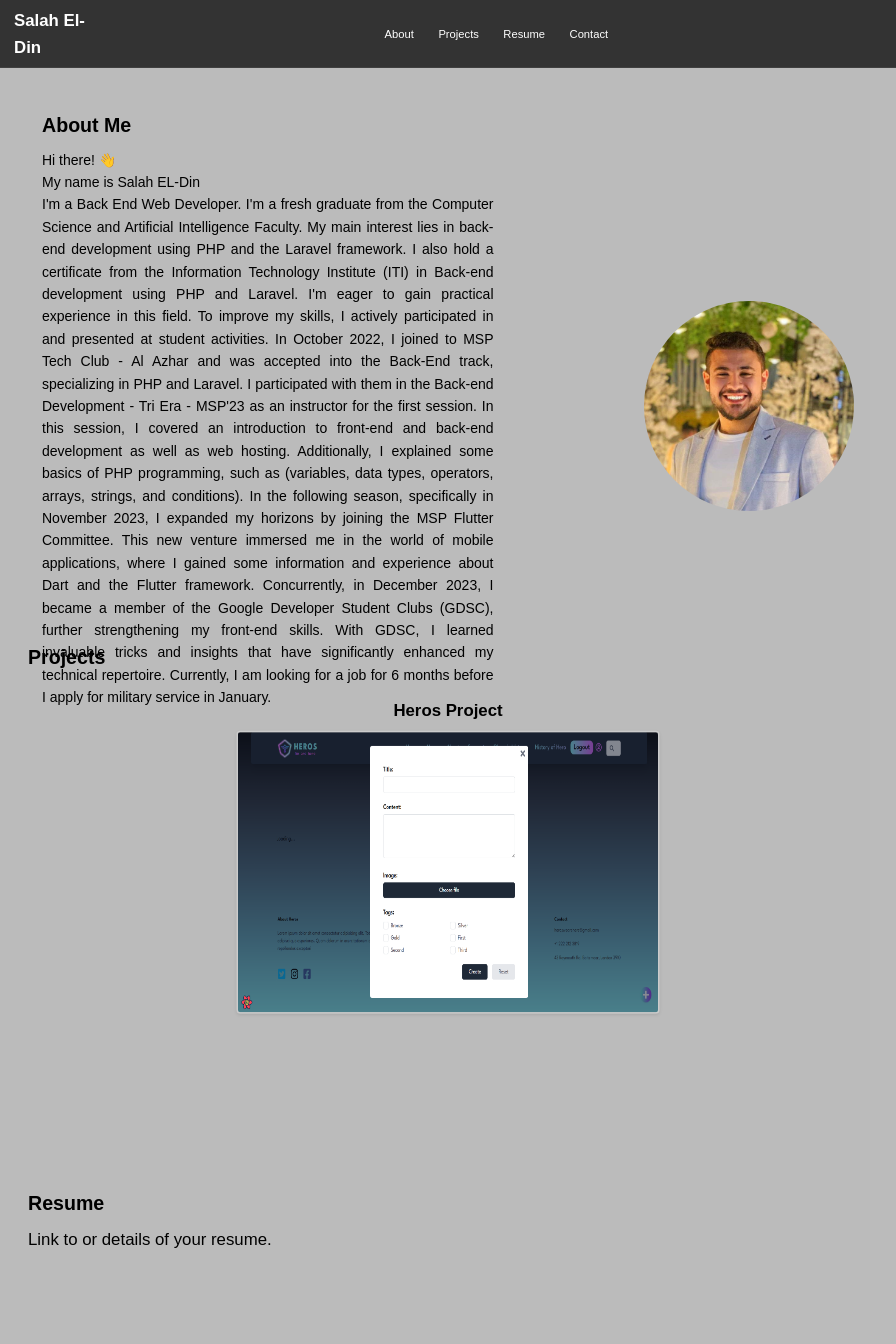
Repository: Salah-Wael/Salah-EL-Din-Portfolio
Page: index.html
An editor plug-in stored every save of this project. The page is shown before and after the next save, followed by the edit.
The browser window is 1280 px wide. The pictures show the part of the page from y = 0 to 1920 px (the page is 3237 px tall), at 70% of full size.

Above is the page before, as saved 2024-07-13 05:45:35.

### index.html
<!DOCTYPE html>
<html lang="en">
<head>
  <meta charset="UTF-8">
  <meta name="viewport" content="width=device-width, initial-scale=1.0">
  <title>Salah EL-Din Portfolio</title>
  <link rel="stylesheet" href="./style.css">
  <script>
    document.addEventListener('DOMContentLoaded', (event) => {
      const images = [
        'img/projects/heros registration.png',
        'img/projects/heros create news.png',
        'img/projects/heros payment.png'
      ];

      let currentIndex = 0;
      const mainImage = document.getElementById('main-image');

      function swapImage() {
        currentIndex = (currentIndex + 1) % images.length;
        mainImage.src = images[currentIndex];
      }

      setInterval(swapImage, 3000); // Change image every 3 seconds
    });
  </script>
</head>
<body>
  <nav>
    <h1>Salah El-Din</h1>
    <ul>
      <li><a href="#about">About</a></li>
      <li><a href="#projects">Projects</a></li>
      <li><a href="#resume">Resume</a></li>
      <li><a href="#contact">Contact</a></li>
    </ul>
  </nav>
  <section id="about">
    <div class="about">
      <div>
        <h2>About Me</h2>
        <p>
          Hi there! 👋<br>
          My name is Salah EL-Din <br> I'm a <span>Back End Web Developer.</span>
          I'm a fresh graduate from the Computer Science and Artificial Intelligence Faculty. My main interest lies in back-end development using PHP and the Laravel framework. I also hold a certificate from the Information Technology Institute (ITI) in Back-end development using PHP and Laravel. I'm eager to gain practical experience in this field.
          To improve my skills, I actively participated in and presented at student activities.
          In October 2022, I joined to MSP Tech Club - Al Azhar and was accepted into the Back-End track, specializing in PHP and Laravel. I participated with them in the Back-end Development - Tri Era - MSP'23 as an instructor for the first session. In this session, I covered an introduction to front-end and back-end development as well as web hosting. Additionally, I explained some basics of PHP programming, such as (variables, data types, operators, arrays, strings, and conditions).
          In the following season, specifically in November 2023, I expanded my horizons by joining the MSP Flutter Committee. This new venture immersed me in the world of mobile applications, where I gained some information and experience about Dart and the Flutter framework. Concurrently, in December 2023, I became a member of the Google Developer Student Clubs (GDSC), further strengthening my front-end skills. With GDSC, I learned invaluable tricks and insights that have significantly enhanced my technical repertoire.
          Currently, I am looking for a job for 6 months before I apply for military service in January.
        </p>
      </div>
      <div>
        <img src="./img/Salah EL-Din Wael2.jpg" alt="Salah EL-Din">
      </div>
    </div>
  </section>
  <section id="projects">
    <!-- <h2>Projects</h2> -->

    <!-- <div class="projects-container"> -->
      <!-- <div class="project">
        <a href="https://sala7.great-site.net/" target="_blank">
          <img src="img/projects/ecommerce home.png" alt="Sala7 E_commerce">
          <img src="img/projects/products.png" alt="Sala7 E_commerce">
          <p>E_commerce Project</p>
        </a>
      </div>
      <div class="project">
        <a href="https://heros.rf.gd/" target="_blank">
          <img src="img/projects/heros registration.png" alt="heros login">
          <img src="img/projects/heros create news.png" alt="heros create news">
          <img src="img/projects/heros payment.png" alt="heros payment">
          <p>Heros Project</p>
        </a>
      </div> -->



      <!-- <h2>Projects</h2>
    <div class="projects-container">
      <div class="project">
        <h3>Heros Project</h3>
        <div class="image-display">
          <img id="main-image" src="img/projects/heros registration.png" alt="heros registration">
        </div>
        <div class="thumbnails">
          <img src="img/projects/heros registration.png" alt="heros registration" onclick="swapImage('img/projects/heros registration.png')">
          <img src="img/projects/heros create news.png" alt="heros create news" onclick="swapImage('img/projects/heros create news.png')">
          <img src="img/projects/heros payment.png" alt="heros payment" onclick="swapImage('img/projects/heros payment.png')">
        </div>
      </div>
    </div>
    </div> -->



    <h2>Projects</h2>
    <div class="projects-container">
      <div class="project">
        <h3>Heros Project</h3>
        <div class="image-display">
          <img id="main-image" src="img/projects/heros registration.png" alt="heros registration">
        </div>
      </div>
    </div>
  </section>
  <section id="resume">
    <h2>Resume</h2>
    <p>Link to or details of your resume.</p>
  </section>
  <section id="contact">
    <h2>Contact</h2>
    <p>Contact information.</p>
  </section>
</body>
</html>

### style.css
/* Reset some basic styles */
body, h1, h2, p, ul, li, a {
  margin: 0;
  padding: 0;
  list-style: none;
  text-decoration: none;
  font-family: Arial, sans-serif;
}

/* General body styling */
body {
  font-family: Arial, sans-serif;
  line-height: 1.6;
  background-color: #bbb;
}

/* Styling for navigation bar */
nav {
  background-color: #333;
  color: white;
  display: flex;
  justify-content: space-between;
  align-items: center;
  padding: 10px 20px;
}

nav h1 {
  font-size: 24px;
}

nav ul {
  display: flex;
  justify-content: center;
  width: 90%;
  gap: 15px;
}

nav ul li {
  list-style: none;
}

nav ul li a {
  color: white;
  text-decoration: none;
  padding: 5px 10px;
}

nav ul li a:hover {
  background-color: #575757;
  border-radius: 5px;
}

/* Section styling */
section {
  padding: 20px;
  margin: 20px;
  /* width: 100%; */
  height: 100vh;
}

section h2 {
  font-size: 28px;
  margin-bottom: 10px;
}

section p {
  font-size: 24px;
}

.about{
  display: flex;
  justify-content: space-between;
  align-items: center;
  margin: 20px;

}

.about div p{
  width: 75%;
  font-size: 20px;
  text-align: justify;
}
.about div img{
  width: 300px;
  height: 300px;
  border-radius: 50%;
}

/* Projects section styling
.projects-container {
  display: flex;
  gap: 20px;
  flex-wrap: wrap;
  justify-content: center;
}

.project {
  text-align: center;
}

.project img {
  width: 300px;
  height: 200px;
  border: 2px solid #ccc;
  border-radius: 5px;
  box-shadow: 0 2px 5px rgba(0, 0, 0, 0.1);
  margin-bottom: 10px;
}

.project p {
  font-size: 16px;
  color: #333;
}

.project a {
  color: inherit;
  text-decoration: none;
}

.project a:hover img {
  border-color: #333;
} */

/* Projects section styling
.projects-container {
  display: flex;
  gap: 20px;
  flex-wrap: wrap;
  justify-content: center;
}

.project {
  text-align: center;
}

.project h3 {
  font-size: 24px;
  margin-bottom: 10px;
}

.image-display {
  margin-bottom: 20px;
}

.image-display img {
  width: 600px;
  height: 400px;
  border: 2px solid #ccc;
  border-radius: 5px;
  box-shadow: 0 2px 5px rgba(0, 0, 0, 0.1);
}

.thumbnails {
  display: flex;
  gap: 10px;
  justify-content: center;
}

.thumbnails img {
  width: 100px;
  height: 70px;
  border: 2px solid #ccc;
  border-radius: 5px;
  cursor: pointer;
  transition: border-color 0.3s ease;
}

.thumbnails img:hover {
  border-color: #333;
} */

/* Projects section styling */
.projects-container {
  display: flex;
  gap: 20px;
  flex-wrap: wrap;
  justify-content: center;
}

.project {
  text-align: center;
}

.project h3 {
  font-size: 24px;
  margin-bottom: 10px;
}

.image-display {
  margin-bottom: 20px;
}

.image-display img {
  width: 600px;
  height: 400px;
  border: 2px solid #ccc;
  border-radius: 5px;
  box-shadow: 0 2px 5px rgba(0, 0, 0, 0.1);
}

After the next save:
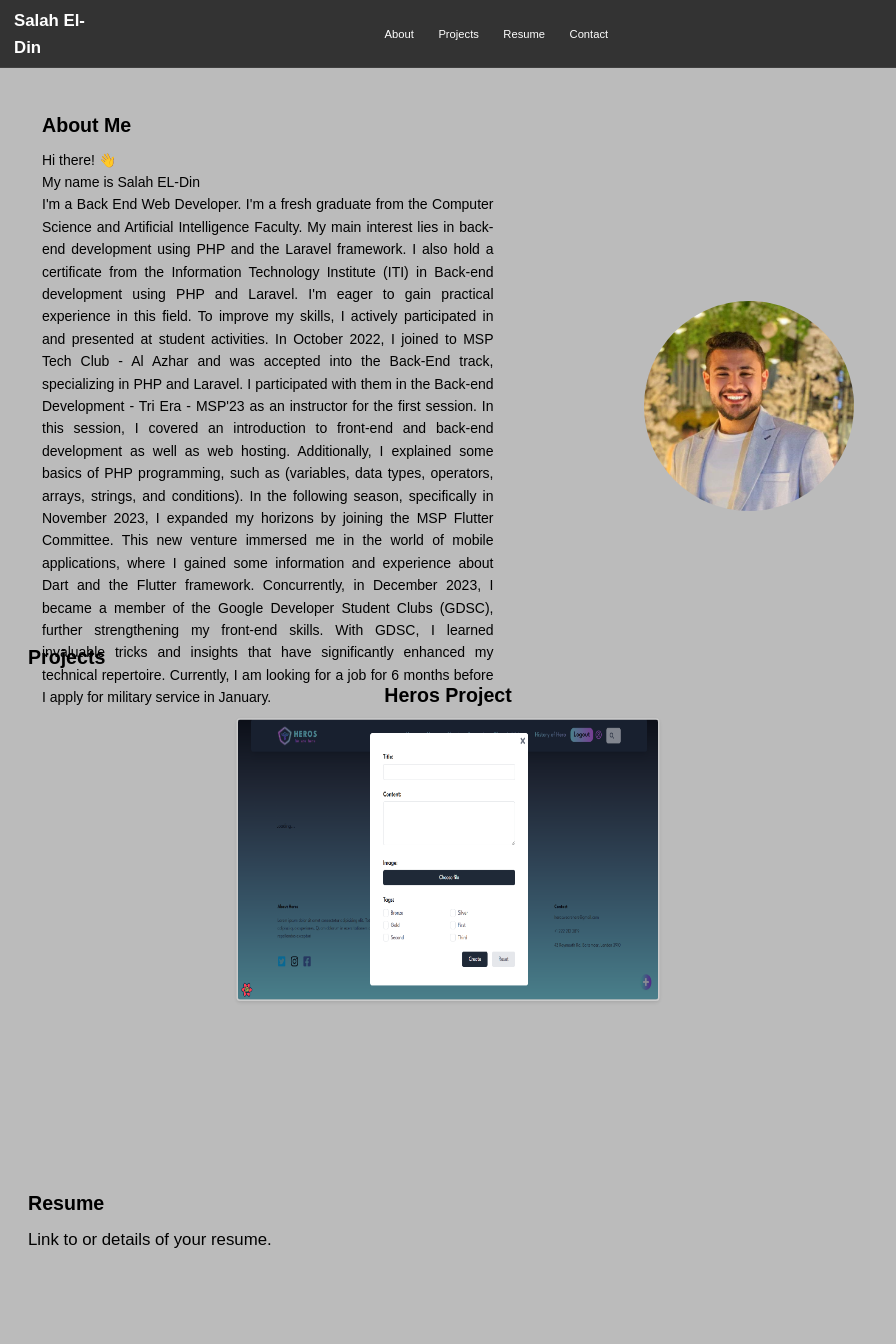
Saved 2 min 5 s later.
--- a/index.html
+++ b/index.html
@@ -97,7 +97,7 @@
     <h2>Projects</h2>
     <div class="projects-container">
       <div class="project">
-        <h3>Heros Project</h3>
+        <h2>Heros Project</h2>
         <div class="image-display">
           <img id="main-image" src="img/projects/heros registration.png" alt="heros registration">
         </div>
